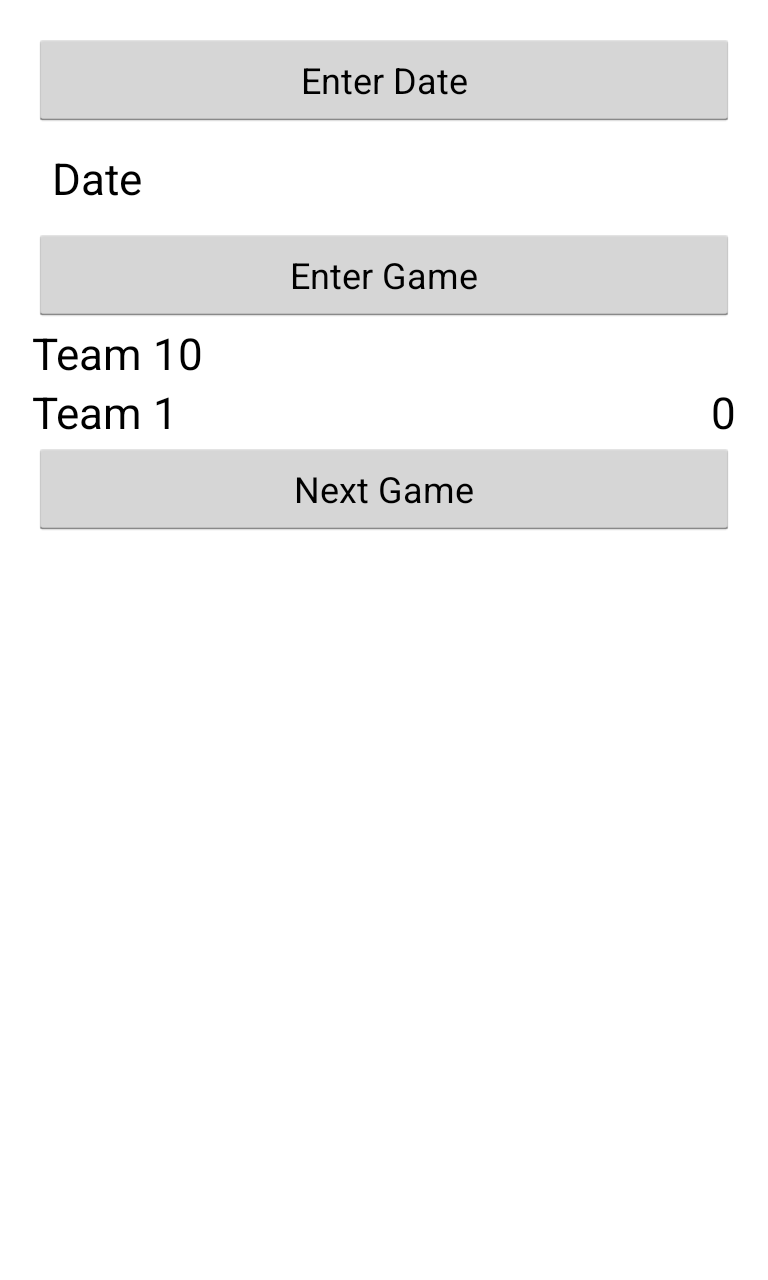
Repository: shervinshaikh/Android
Layout: NBAScoreTracker/res/layout/activity_sport_scores.xml
These files come from the project's save history. The layout is drawn as it stood at one moment and after the next save; the edit follows.
It is drawn on a 768 x 1280 px phone screen (xhdpi) without system bars, with theme AppTheme; the app's code is not run.

Above is the layout before, as saved 2013-04-27 18:45:08.

After the next save:
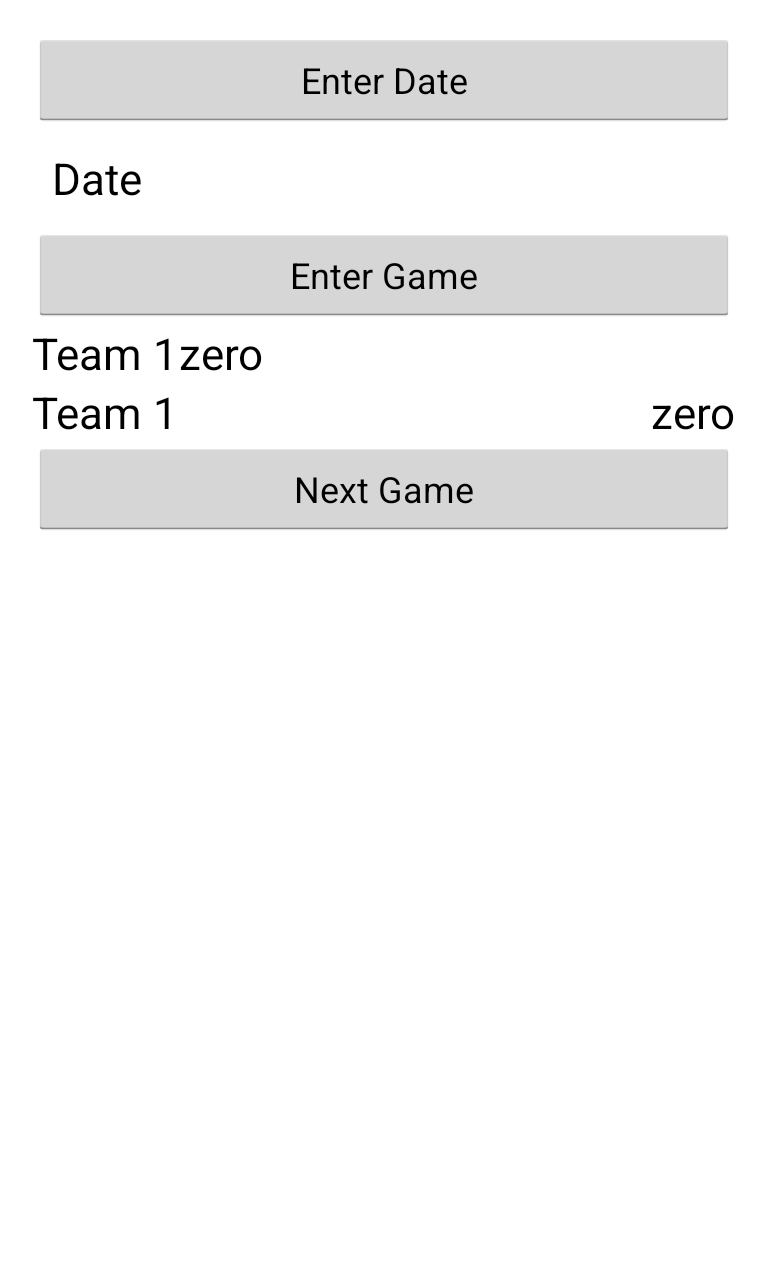
Saved 13 s later.
--- a/NBAScoreTracker/res/layout/activity_sport_scores.xml
+++ b/NBAScoreTracker/res/layout/activity_sport_scores.xml
@@ -53,7 +53,7 @@
             android:layout_width="wrap_content"
             android:layout_height="wrap_content"
             android:gravity="right"
-            android:text="0"
+            android:text="zero"
             android:textAppearance="?android:attr/textAppearanceLarge"
             android:weight="3" />
 
@@ -74,7 +74,7 @@
             android:id="@+id/textView5"
             android:layout_width="wrap_content"
             android:layout_height="wrap_content"
-            android:text="0"
+            android:text="zero"
             android:textAppearance="?android:attr/textAppearanceLarge"
             android:layout_alignParentRight="true"
         	android:layout_alignParentTop="true" />
